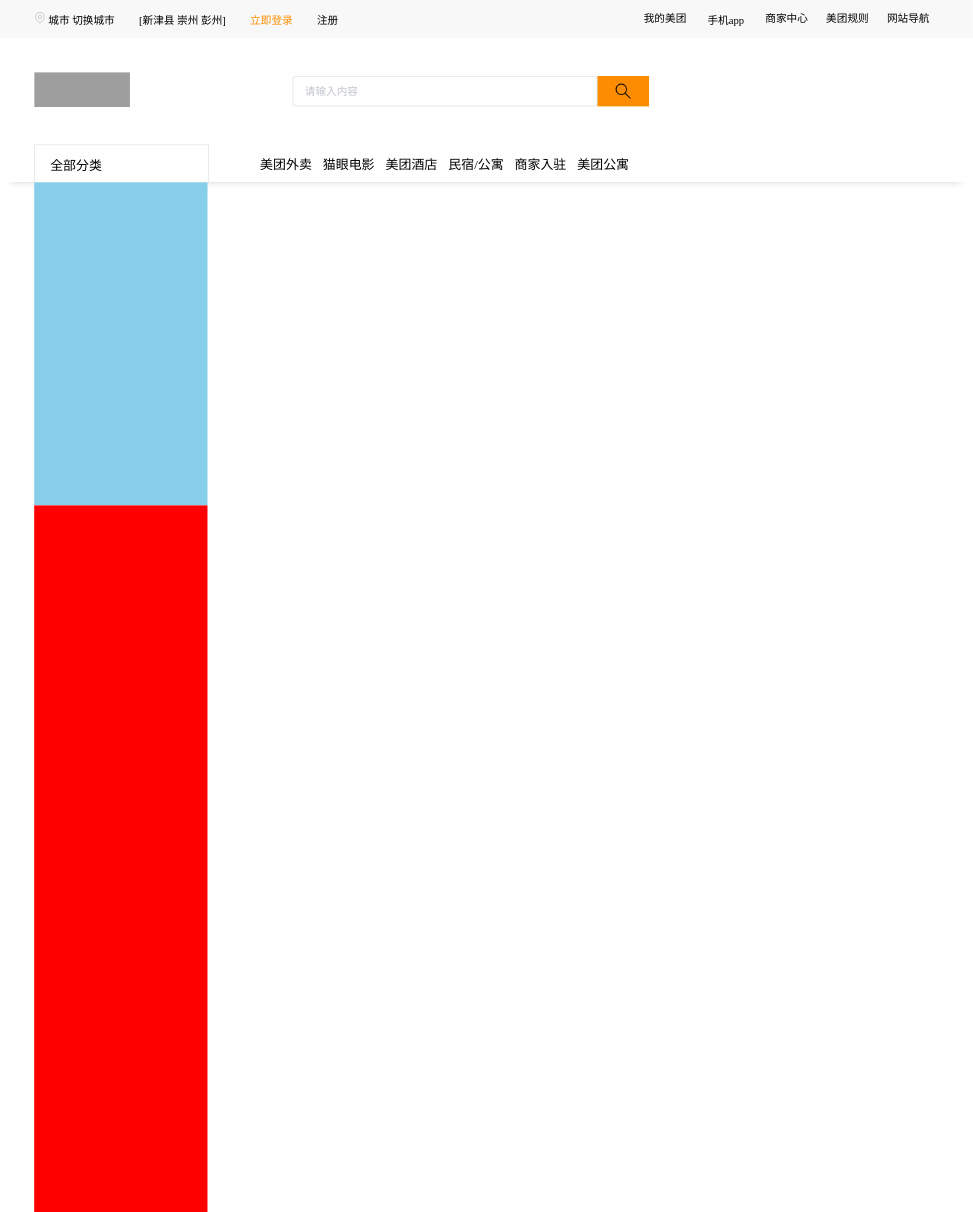
Repository: jinggegeZ/-
Page: /
These files come from the project's save history. The page is drawn as it stood at one moment and after the next save; the edit follows.
The browser window is 1280 px wide. The pictures show the whole page, at 76% of full size.
Pictures or frames that could not be fetched are drawn as grey boxes. The page's requests for data from a server got no answer. The project was rebuilt for these pictures with package versions that can differ from the ones it lists, and the page was loaded fresh each time. No one was signed in, and anything a server would have sent is missing. Also part of the build but not shown: vue.config.js.

Above is the page before, as saved 2020-08-20 15:18:46.

After the next save:
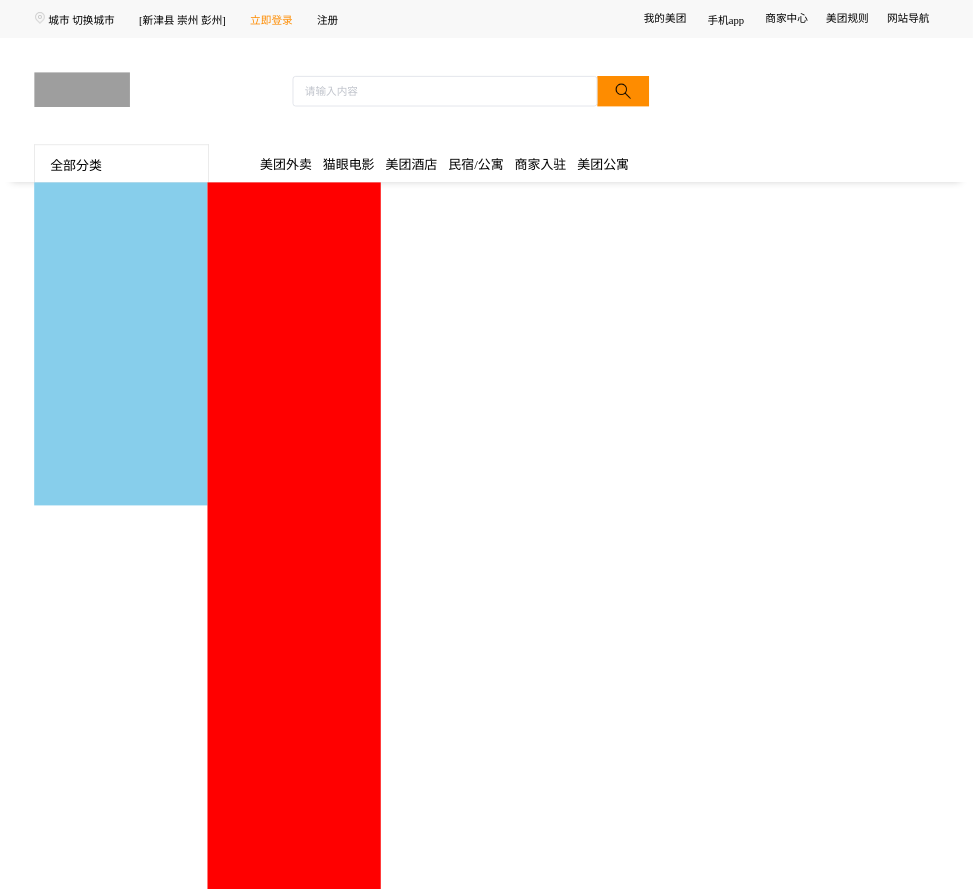
Saved 7 s later.
--- a/src/style/style.css
+++ b/src/style/style.css
@@ -298,6 +298,9 @@
     font-size: 17px;
 }
 /* navbox 部分 */
+.navbox {
+    display: flex;
+}
 .navleftbox {
     width: 228px;
     height: 425px;
